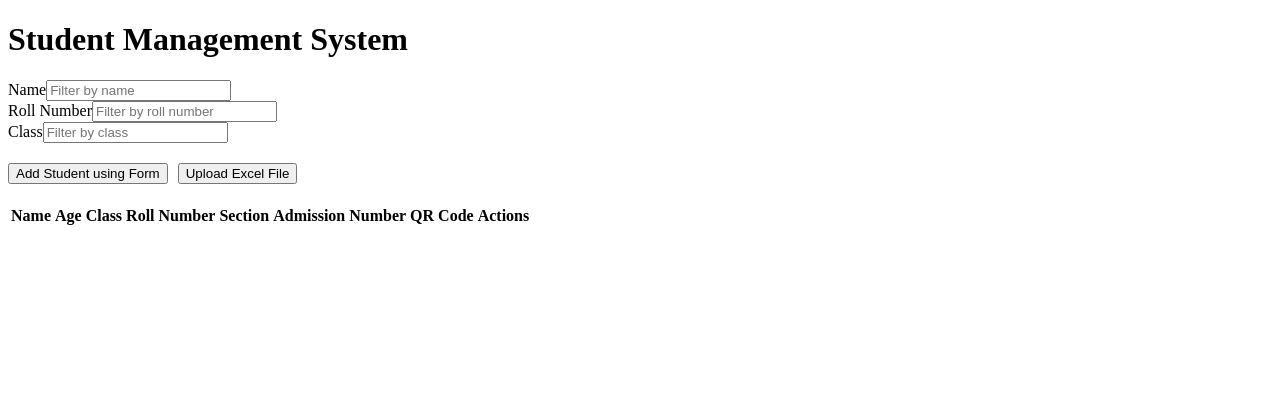
Repository: Hitesh8980/Student_Management
Page: / (app in Front-end/)
The author's editor kept a copy of each file at every save. The page is drawn from the files as they stood at one save, then again after the next save.
The browser window is 1280 px wide. The pictures show the whole page.
The page's requests for data from a server got no answer. The project was rebuilt for these pictures with package versions that can differ from the ones it lists, and the page was loaded fresh each time. No one was signed in, and anything a server would have sent is missing. Also part of the build but not shown: Front-end/vite.config.js, Front-end/src/components/QrcodeGenerator.jsx, Front-end/src/components/Fileupload.jsx, Front-end/src/index.css.

Above is the page before, as saved 2024-09-18 08:31:29.

### Front-end/src/App.jsx
import React, { useState, useEffect } from 'react';
import axios from 'axios';
import { Container } from 'react-bootstrap';
import StudentList from './components/Studentlist';  // Keeping only the student list

function App() {
  const [students, setStudents] = useState([]);

  useEffect(() => {
    fetchStudents();
  }, []);

  const fetchStudents = async () => {
    try {
      const response = await axios.get('http://localhost:5000/api/students');
      setStudents(response.data);
    } catch (error) {
      console.error('Error fetching students:', error);
    }
  };

  return (
    <Container>
      <h1>Student Management System</h1>

      {/* Student List and Filters */}
      <StudentList students={students} fetchStudents={fetchStudents} />
    </Container>
  );
}

export default App;

### Front-end/src/components/Studentlist.jsx
import React, { useState, useEffect } from 'react';
import { Table, Button, Form, Collapse, Row, Col } from 'react-bootstrap';
import QRCodeGenerator from './QrcodeGenerator';
import StudentForm from './StudentForm';
import FileUpload from './Fileupload';
import axios from 'axios';
import '../index.css';

function StudentList() {
  const [students, setStudents] = useState([]);
  const [filteredStudents, setFilteredStudents] = useState([]);
  const [filters, setFilters] = useState({
    name: '',
    rollNumber: '',
    class: ''
  });

  const [showForm, setShowForm] = useState(false);
  const [showFileUpload, setShowFileUpload] = useState(false);

  useEffect(() => {
    fetchStudents();
  }, []);

  useEffect(() => {
    setFilteredStudents(students); // Ensure all students are displayed initially
    applyFilters();
  }, [students, filters]);

  const fetchStudents = async () => {
    try {
      const response = await axios.get('http://localhost:5000/api/students');
      console.log(response.data); // Check if the data is an array
      const studentData = Array.isArray(response.data) ? response.data : [];
      setStudents(studentData);
      setFilteredStudents(studentData); // Update filteredStudents initially with all students
    } catch (error) {
      console.error('Error fetching students:', error);
    }
  };


  const handleFilterChange = (e) => {
    const { name, value } = e.target;
    setFilters((prev) => ({ ...prev, [name]: value }));
  };

  const applyFilters = () => {
    if (!Array.isArray(students)) return;

    const { name, rollNumber, class: studentClass } = filters;

    const filtered = students.filter((student) => {
      return (
        (name === '' || student.name?.toLowerCase().includes(name.toLowerCase())) &&
        (rollNumber === '' || student.rollNumber?.toLowerCase().includes(rollNumber.toLowerCase())) &&
        (studentClass === '' || student.class?.toLowerCase().includes(studentClass.toLowerCase()))
      );
    });

    setFilteredStudents(filtered);
  };

  const handleDelete = async (id) => {
    try {
      await axios.delete(`http://localhost:5000/api/students/${id}`);
      fetchStudents();
    } catch (error) {
      console.error('Error deleting student:', error);
    }
  };

  const toggleForm = () => setShowForm((prev) => !prev);
  const toggleFileUpload = () => setShowFileUpload((prev) => !prev);

  return (
    <div className="table-container">
      {/* Filter Form */}
      <Form className="filter-form">
        <Row>
          <Col md={4}>
            <Form.Group controlId="filterName">
              <Form.Label>Name</Form.Label>
              <Form.Control
                type="text"
                placeholder="Filter by name"
                name="name"
                value={filters.name}
                onChange={handleFilterChange}
              />
            </Form.Group>
          </Col>
          <Col md={4}>
            <Form.Group controlId="filterRollNumber">
              <Form.Label>Roll Number</Form.Label>
              <Form.Control
                type="text"
                placeholder="Filter by roll number"
                name="rollNumber"
                value={filters.rollNumber}
                onChange={handleFilterChange}
              />
            </Form.Group>
          </Col>
          <Col md={4}>
            <Form.Group controlId="filterClass">
              <Form.Label>Class</Form.Label>
              <Form.Control
                type="text"
                placeholder="Filter by class"
                name="class"
                value={filters.class}
                onChange={handleFilterChange}
              />
            </Form.Group>
          </Col>
        </Row>
      </Form>

      {/* Buttons to toggle forms */}
      <div className="button-group" style={{ margin: '20px 0' }}>
        <Button variant="primary" onClick={toggleForm}>
          Add Student using Form
        </Button>
        <Button variant="secondary" onClick={toggleFileUpload} style={{ marginLeft: '10px' }}>
          Upload Excel File
        </Button>
      </div>

      {/* Conditionally rendering the Student Form */}
      {showForm && (
        <Collapse in={showForm}>
          <div>
            <StudentForm fetchStudents={fetchStudents} />
          </div>
        </Collapse>
      )}

      {/* Conditionally rendering the File Upload Form */}
      {showFileUpload && (
        <Collapse in={showFileUpload}>
          <div>
            <FileUpload fetchStudents={fetchStudents} />
          </div>
        </Collapse>
      )}

      {/* Student Table */}
      <Table striped bordered hover responsive className="student-table">
        <thead>
          <tr>
            <th>Name</th>
            <th>Age</th>
            <th>Class</th>
            <th>Roll Number</th>
            <th>Section</th>
            <th>Admission Number</th>
            <th>QR Code</th>
            <th>Actions</th>
          </tr>
        </thead>
        <tbody>
          {filteredStudents.map((student) => (
            <tr key={student.admissionNumber}>
              <td>{student.name}</td>
              <td>{student.age}</td>
              <td>{student.class}</td>
              <td>{student.rollNumber}</td>
              <td>{student.section}</td>
              <td>{student.admissionNumber}</td>
              <td>
                <QRCodeGenerator value={student.admissionNumber} />
              </td>
              <td>
                <Button
                  variant="danger"
                  onClick={() => handleDelete(student.admissionNumber)}
                >
                  Delete
                </Button>
              </td>
            </tr>
          ))}
        </tbody>
      </Table>
    </div>
  );
}

export default StudentList;

### Front-end/src/components/StudentForm.jsx
import React, { useState } from 'react';
import axios from 'axios';
import { Form, Button } from 'react-bootstrap';

function StudentForm({ fetchStudents }) {
  const [student, setStudent] = useState({
    name: '',
    age: '',
    class: '',
    rollNumber: '',
    section: '',
    admissionNumber: ''
  });

  const handleInputChange = (e) => {
    const { name, value } = e.target;
    setStudent((prev) => ({ ...prev, [name]: value }));
  };

  const handleSubmit = async (e) => {
    e.preventDefault();

    if (!student.admissionNumber || !student.name) {
      alert('Admission Number and Name are required.');
      return;
    }

    try {
      await axios.post('http://localhost:5000/api/students', {
        id: student.admissionNumber,
        data: student
      });
      setStudent({
        name: '',
        age: '',
        class: '',
        rollNumber: '',
        section: '',
        admissionNumber: ''
      });
      fetchStudents();
    } catch (error) {
      console.error('Error adding/updating student:', error);
    }
  };

  return (
    <Form onSubmit={handleSubmit}>
      <Form.Group controlId="formBasicName">
        <Form.Label>Name</Form.Label>
        <Form.Control
          type="text"
          placeholder="Enter name"
          name="name"
          value={student.name}
          onChange={handleInputChange}
        />
      </Form.Group>
      <Form.Group controlId="formBasicAge">
        <Form.Label>Age</Form.Label>
        <Form.Control
          type="number"
          placeholder="Enter age"
          name="age"
          value={student.age}
          onChange={handleInputChange}
        />
      </Form.Group>
      <Form.Group controlId="formBasicClass">
        <Form.Label>Class</Form.Label>
        <Form.Control
          type="text"
          placeholder="Enter class"
          name="class"
          value={student.class}
          onChange={handleInputChange}
        />
      </Form.Group>
      <Form.Group controlId="formBasicRollNumber">
        <Form.Label>Roll Number</Form.Label>
        <Form.Control
          type="text"
          placeholder="Enter roll number"
          name="rollNumber"
          value={student.rollNumber}
          onChange={handleInputChange}
        />
      </Form.Group>
      <Form.Group controlId="formBasicSection">
        <Form.Label>Section</Form.Label>
        <Form.Control
          type="text"
          placeholder="Enter section"
          name="section"
          value={student.section}
          onChange={handleInputChange}
        />
      </Form.Group>
      <Form.Group controlId="formBasicAdmissionNumber">
        <Form.Label>Admission Number</Form.Label>
        <Form.Control
          type="text"
          placeholder="Enter admission number"
          name="admissionNumber"
          value={student.admissionNumber}
          onChange={handleInputChange}
        />
      </Form.Group>
      <Button variant="primary" type="submit">
        Add Student
      </Button>
    </Form>
  );
}

export default StudentForm;

Loaded but not shown: Front-end/index.html (common file); Front-end/src/main.jsx (common file)

After the next save:
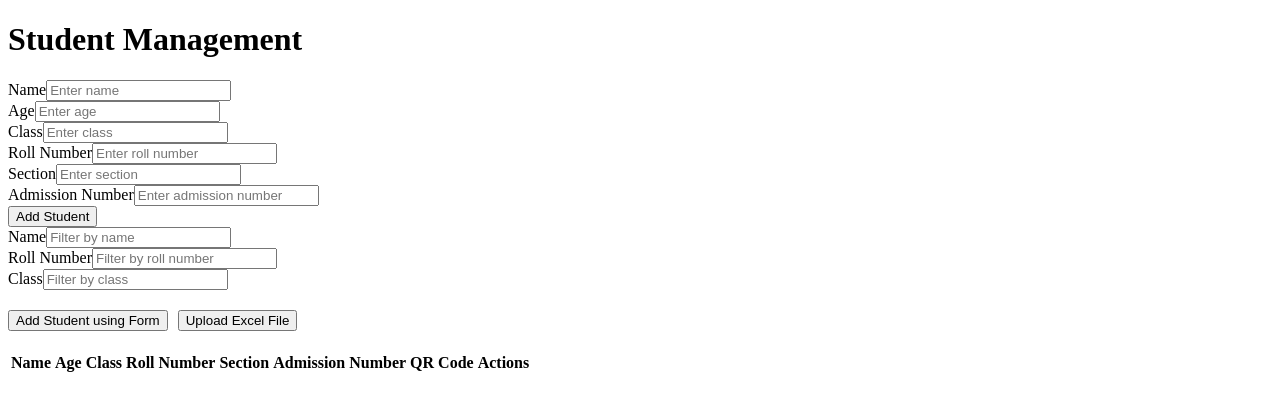
Saved 2 min 52 s later.
--- a/Front-end/src/App.jsx
+++ b/Front-end/src/App.jsx
@@ -1,7 +1,7 @@
 import React, { useState, useEffect } from 'react';
 import axios from 'axios';
-import { Container } from 'react-bootstrap';
-import StudentList from './components/Studentlist';  // Keeping only the student list
+import StudentForm from './components/StudentForm';
+import StudentList from './components/StudentList';
 
 function App() {
   const [students, setStudents] = useState([]);
@@ -13,19 +13,20 @@ function App() {
   const fetchStudents = async () => {
     try {
       const response = await axios.get('http://localhost:5000/api/students');
-      setStudents(response.data);
+      setStudents(response.data); // Update the student list in the state
     } catch (error) {
       console.error('Error fetching students:', error);
     }
   };
 
   return (
-    <Container>
-      <h1>Student Management System</h1>
-
-      {/* Student List and Filters */}
-      <StudentList students={students} fetchStudents={fetchStudents} />
-    </Container>
+    <div>
+      <h1>Student Management</h1>
+      {/* Student Form Component */}
+      <StudentForm fetchStudents={fetchStudents} />
+      {/* Student List Table */}
+      <StudentList students={students} />
+    </div>
   );
 }
 
